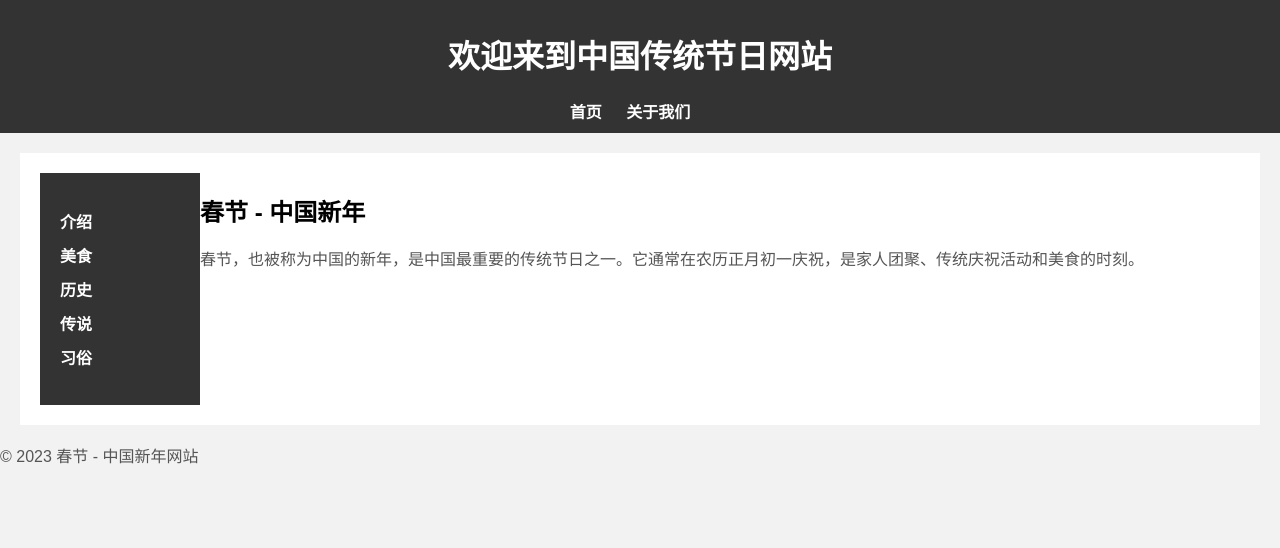
Repository: XueJie1/computer-operation-basics
Page: pages/springfestival/spf.html
These files come from the project's save history. The page is drawn as it stood at one moment and after the next save; the edit follows.
The browser window is 1280 px wide. The pictures show the whole page.

Above is the page before, as saved 2023-08-30 17:43:24.

### pages/springfestival/spf.html
<!DOCTYPE html>
<html lang="zh-CN">

<head>
    <meta charset="UTF-8">
    <meta name="viewport" content="width=device-width, initial-scale=1.0">
    <title>春节 - 中国新年</title>
    <link rel="stylesheet" type="text/css" href="../../css/styles.css" />
</head>

<body>
    <div class="header">
        <h1>欢迎来到中国传统节日网站</h1>
        <nav>
            <ul>
                <li><a href="../../index.html">首页</a></li>
                <li><a href="../about.html">关于我们</a></li>
            </ul>
        </nav>
    </div>
    <main>
        <div class="container">
            <div class="sidebar">
                <!-- 侧边栏 -->
                <ul>
                    <li><a href="#introduction">介绍</a></li>
                    <li><a href="#cuisine">美食</a></li>
                    <li><a href="#history">历史</a></li>
                    <li><a href="#legend">传说</a></li>
                    <li><a href="#customs">习俗</a></li>
                </ul>
            </div>

            <!-- 介绍 -->
            <section id="introduction">
                <h1>春节 - 中国新年</h1>
                <p>春节，也被称为中国的新年，是中国最重要的传统节日之一。它通常在农历正月初一庆祝，是家人团聚、传统庆祝活动和美食的时刻。</p>
            </section>

            <!-- 美食 -->
            <section id="cuisine" style="display: none;">
                <h2>美食</h2>
                <p>春节期间，人们会品尝各种传统美食，其中包括饺子、年糕、鱼等。这些食物在节日期间具有特殊的象征意义。</p>
            </section>

            <!-- 历史 -->
            <section id="history" style="display: none;">
                <h2>历史</h2>
                <p>春节的历史可以追溯到数千年前，它与农历和农耕社会的传统有关。了解春节的历史背景和发展。</p>
            </section>

            <!-- 传说 -->
            <section id="legend" style="display: none;">
                <h2>传说</h2>
                <p>春节有许多与之相关的传说，包括年兽的故事、关于赛龙舟的传说等。这些传说丰富了节日的文化内涵。</p>
            </section>

            <!-- 习俗 -->
            <section id="customs" style="display: none;">
                <h2>习俗</h2>
                <p>春节有许多独特的习俗，如贴春联、舞龙舞狮、赏花灯、给红包等。这些习俗代代传承，为节日增添了色彩。</p>
            </section>
    </main>
    </div>

    <div class="footer">
        <!-- 在这里包含网站的页脚部分，如版权信息等 -->
        <p>&copy; 2023 春节 - 中国新年网站</p>
    </div>

    <script src="https://code.jquery.com/jquery-3.6.0.min.js"></script>
    <script>
        $(document).ready(function () {
            // 为侧边栏链接绑定点击事件
            $('.sidebar a').on('click', function (e) {
                e.preventDefault(); // 阻止默认链接行为

                // 获取点击链接的href属性值
                var target = $(this).attr('href');

                // 隐藏所有的section
                $('main section').hide();

                // 显示目标section
                $(target).show();
            });
        });
    </script>
</body>

</html>

### css/styles.css

body {
    font-family: Arial, sans-serif;
    margin: 0;
    padding: 0;
    background-color: #f2f2f2;
}

/* 样式化导航菜单 */
header , .header{
    background-color: #333;
    color: #fff;
    padding: 10px 0;
}


.header h1, header h1{
    text-align: center;
    text-decoration: none;
    color: #fff;
}


nav ul {
    list-style-type: none;
    margin: 0;
    padding: 0;
    text-align: center;
}

nav ul li {
    display: inline;
    margin-right: 20px;
}

nav ul li a {
    text-decoration: none;
    color: #fff;
    font-weight: bold;
    font-size: 16px;
}

nav ul li a:hover {
    color: #ff9900; /* 鼠标悬停时的颜色 */
}

main {
    margin: 20px 20px 20px 20px;
}

footer p{
    color: #fff;
    text-align: center;
    background-color: #333;
    padding-top: 20px;
    padding-bottom: 20px;
}

/* 为网页容器设置样式 */
.container {
    display: flex;
}

/* 侧边栏样式 */
.sidebar {
    flex: 0 0 10%; /* 侧边栏占据25%的宽度 */
    background-color: #333;
    color: #fff;
    padding: 20px;
}

.sidebar ul {
    list-style-type: none;
    padding: 0;
}

.sidebar ul li {
    margin-bottom: 10px;
}

.sidebar ul li a {
    text-decoration: none;
    color: #fff;
    font-weight: bold;
    font-size: 16px;
}

/* 主内容区域样式 */
main {
    flex: 0 0 75%; /* 主内容区域占据75%的宽度 */
    background-color: #fff;
    padding: 20px;
}

/* 标题样式 */
/* h1 {
    font-size: 28px;
    color: #333;
    margin-top: 0;
} */

h2 {
    font-size: 24px;
    color: #333;
}

/* 正文样式 */
p {
    font-size: 16px;
    line-height: 1.5;
    color: #555;
}

/* 添加更多栏目的样式，可以按照需要扩展 */

After the next save:
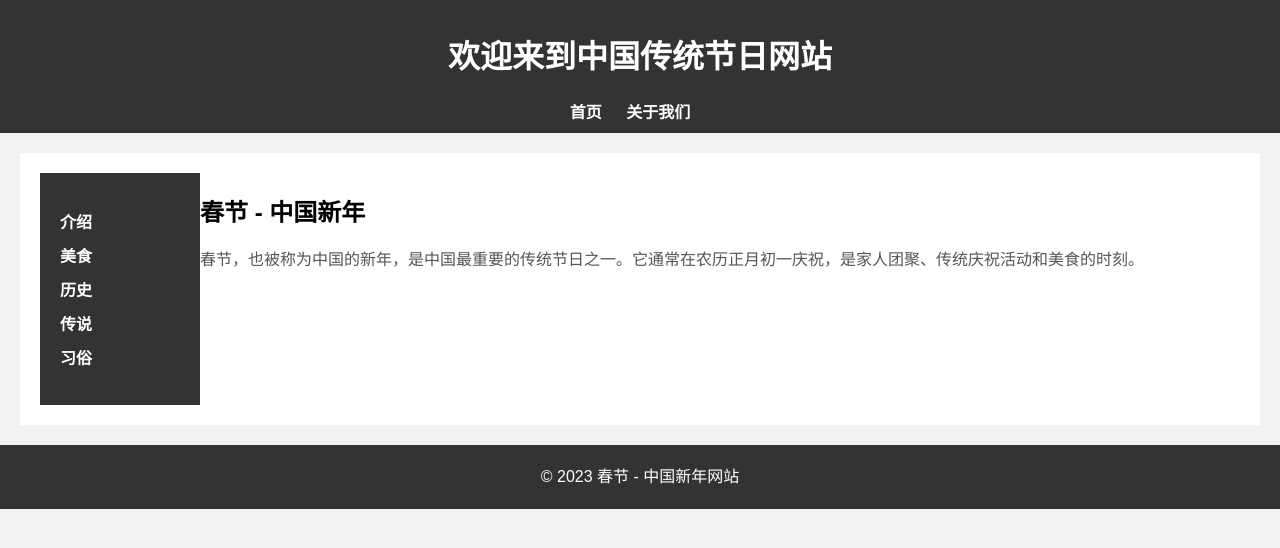
Saved 34 s later.
--- a/css/styles.css
+++ b/css/styles.css
@@ -48,7 +48,7 @@ main {
     margin: 20px 20px 20px 20px;
 }
 
-footer p{
+footer p , .footer p{
     color: #fff;
     text-align: center;
     background-color: #333;
